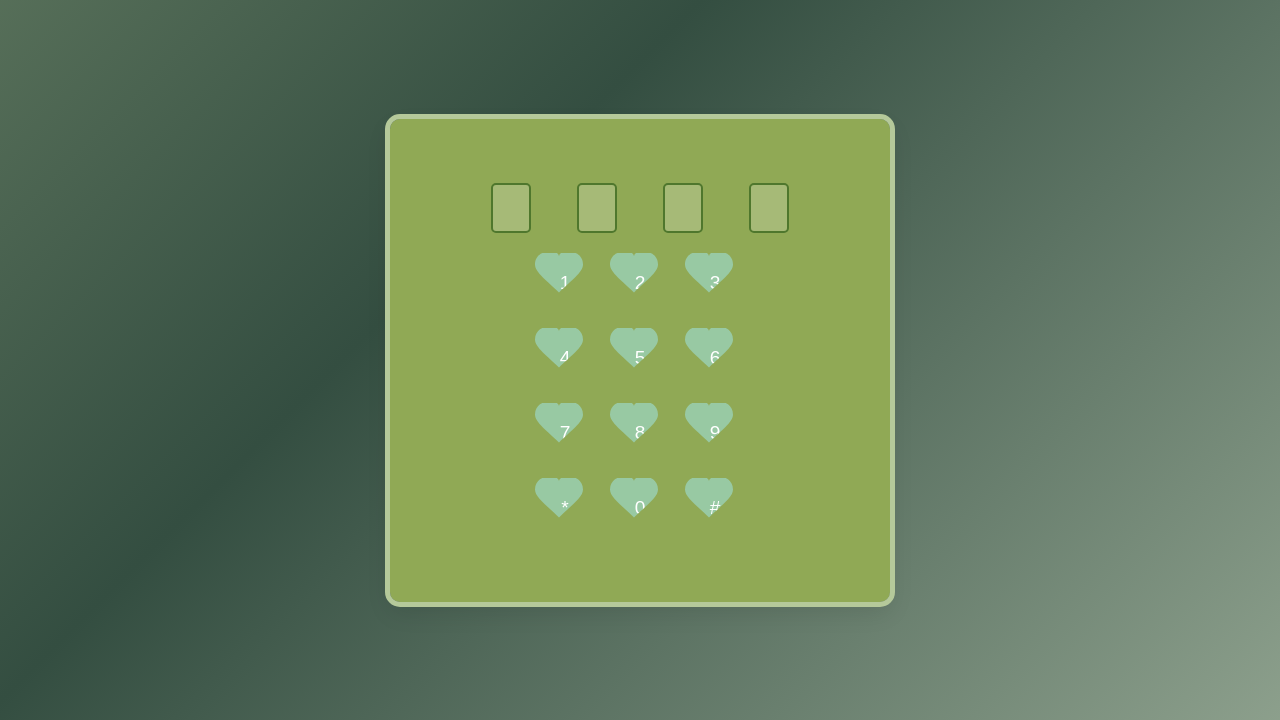
Repository: jahatesu/project-cutie
Page: index.html
An editor plug-in stored every save of this project. The page is shown before and after the next save, followed by the edit.
The browser window is 1280 px wide. The pictures show the whole page.
Some web libraries are served in a nearby version.

Above is the page before, as saved 2025-08-14 21:06:21.
Console error: TypeError: Cannot read properties of null (reading 'getBoundingClientRect')

### index.html
<!DOCTYPE html>
<html lang="en">
<head>
    <meta charset="UTF-8"
    meta http-equiv="X-UA-Compatible" content="IE=edge">
    <meta name="viewport" content="width=device-width, initial-scale=1.0">
    <title>idk yet</title>
    <link rel="stylesheet" href="https://cdnjs.cloudflare.com/ajax/libs/font-awesome/7.0.0/css/all.min.css">
    <link rel="stylesheet" href="style.css">
</head>

<body>
    <div class="wrapper">
        <!-- <i class="fa-solid fa-heart"></i>
        <h2 class="question">Do you wanna see why I think you’re the cutest?</h2>
        <div class="btn-group">
            <button class="btn-yes">Yes</button>
            <button class="btn-no">No</button>
        </div> -->

        <!-- PIN DISPLAY -->
         <div class="pin-display">
            <div class="pin-box"></div>
            <div class="pin-box"></div>
            <div class="pin-box"></div>
            <div class="pin-box"></div>
         </div>

         <!-- HEART BUTTONS -->
         <div class="heart-pad">
            <button data-num = "1">1</button>
          <button data-num = "2">2</button>
          <button data-num = "3">3</button>
          <button data-num = "4">4</button>
          <button data-num = "5">5</button>
          <button data-num = "6">6</button>
          <button data-num = "7">7</button>
          <button data-num = "8">8</button>
          <button data-num = "9">9</button>
          <button data-num = "*">*</button>
          <button data-num = "0">0</button>
          <button data-num = "#">#</button>
         </div>
    </div>

    <script src="script.js"></script>


</body>
</html>

### style.css
:root{
    --bg1:#e9f5db;
    --bg2:#90a955;
    --accent:#b5c99a;
    --ink:#232323;
    --splash-duration: 2600ms;
  }

*{
    margin: 0;
    padding: 0;
    box-sizing: border-box;
}

html, body {
    display: flex;
    justify-content: center;
    align-items: center;
    min-height: 100vh;
  width: 100%;
  height:100%;
}

body {
    background: linear-gradient(-45deg, #e9f5db, #344e41, #b5c99a, #23d5ab);
    background-size: 400% 400%;
    animation: gradient 15s ease infinite;
}

@keyframes gradient {
    0% {
        background-position: 0% 50%;
    }
    50% {
        background-position: 100% 50%;
    }
    100% {
        background-position: 0% 50%;
    }
}
.wrapper{
    position: relative;
    width: 90%;
    padding: 5%;
    max-width: 500px;
    margin: 50px 50px;
    height: fit-content;
    /* max-height: 50%; */
    background: #90a955;
    border-radius: 10px;
    display: flex;
    justify-content: center;
    align-items: center;
    box-shadow: 0 10px 25px rgba(0,0,0,0.1);
    flex-direction: column;
    text-align: center;
    outline: 5px solid #b5c99a;
}

.pin-display{
  display: flex;
  justify-content: space-between;
  margin-bottom: 20px;
  width: 80%;
}

.pin-box{
  width: clamp(30px, 9vw, 40px);
  height: clamp(30px, 9vw, 50px);
  border: 2px solid #4f772d;
  border-radius: 5px;
  background: rgba(255,255,255,0.2);
}

.heart-pad{
  display: grid;
   grid-template-columns: repeat(3, 60px);
  gap: 15px;
}

.heart-pad button {
  position: relative;
  width: 60px;
  height: 60px;
  font-size: 1.2rem;
  color: white;
  border: none;
  cursor: pointer;
  background: #98c9a3;
  clip-path: path("M24 4 C24 -4, 0 -4, 0 12 C0 20, 12 28, 24 40 C36 28, 48 20, 48 12 C48 -4, 24 -4, 24 4 Z");
}

/* .wrapper i {
  font-size: 50px;
  margin-bottom: 10px;
  color: #e9f5db;
}

i{
    font-size:7.5em;
    color: #e9f5db;
    border: 5px solid transparent;
}

h2{
    font-size: 2em;
    color: #e9f5db;
    margin: 15px 0;
}
@media (max-width: 600px) {
  .h2 {
    font-size: 1.2rem;
  }
}

.btn-group{
    width: 100%;
    height: 40px;
    display: flex;
    justify-content: center;
    margin-top: 15px;
}

button {
    position: absolute;
    width: 150px;
    height: inherit;
    font-size: 1.2em;
    color: #e9f5db;
    font-weight: 600;
    border-radius: 30px;
    border: 2px solid #4f772d;
    cursor: pointer;
    box-shadow: 0 5px 15px rgba(0,0,0,0.3);
}

button:nth-child(1){
    margin-left: -200px;
    background: #4f772d;
    color: #b5c99a;
}

button:nth-child(2){
    margin-right: -200px;
    color: #b5c99a;
}

@media (max-width: 400px) {
  .question {
    font-size: 5vw;
  }
  button {
    font-size: 4vw;
  }
} */

### script.js
const wrapper = document.querySelector(".wrapper");
const question = document.querySelector(".question");
const yesBtn = document.querySelector(".btn-yes");
const noBtn = document.querySelector(".btn-no");

const wrapperRect = wrapper.getBoundingClientRect();
const noBtnRect = noBtn.getBoundingClientRect();


yesBtn.addEventListener('click', () => {
    question.innerHTML = 'I knew it! Love you too <3 ';
})

noBtn.addEventListener('mouseover', () => {
    const i = Math.floor(Math.random() * (wrapperRect.width - noBtnRect.width));
    const j = Math.floor(Math.random() * (wrapperRect.height - noBtnRect.height));
    noBtn.style.left = i + "px";
    noBtn.style.top = j + "px";
})

After the next save:
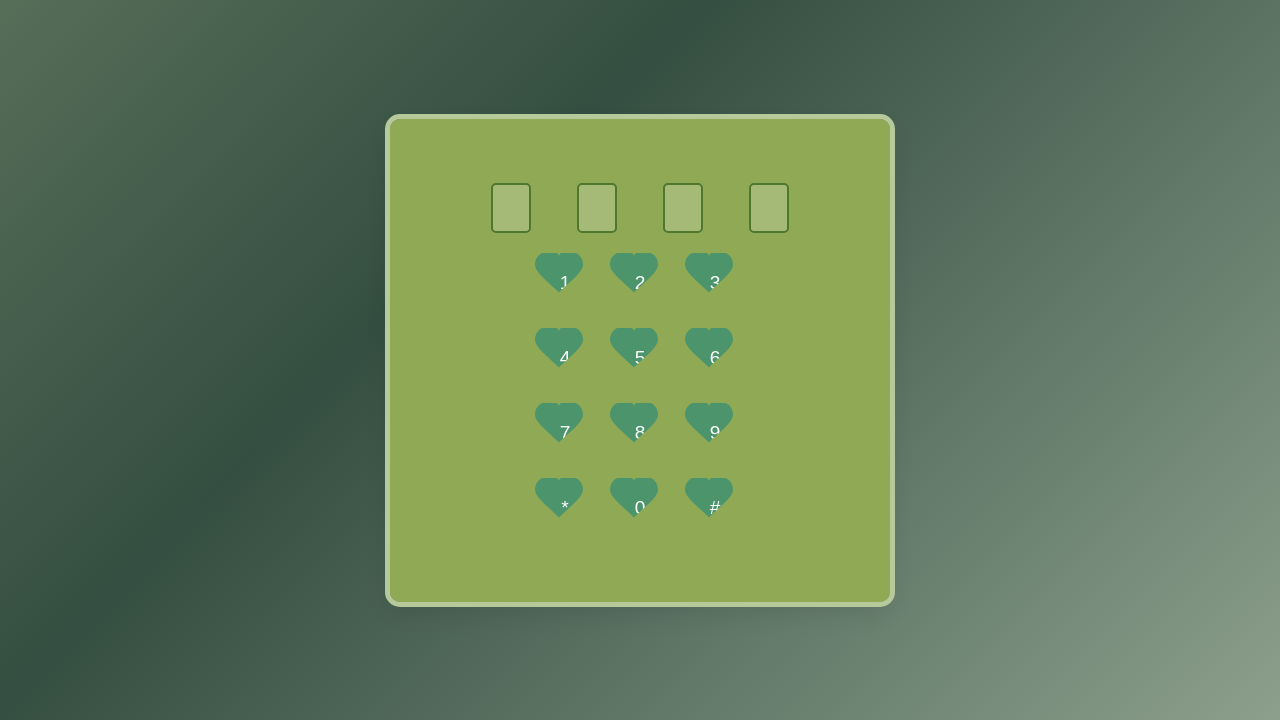
Saved 19 s later.
--- a/style.css
+++ b/style.css
@@ -86,7 +86,7 @@ body {
   color: white;
   border: none;
   cursor: pointer;
-  background: #98c9a3;
+  background: #4c956c;
   clip-path: path("M24 4 C24 -4, 0 -4, 0 12 C0 20, 12 28, 24 40 C36 28, 48 20, 48 12 C48 -4, 24 -4, 24 4 Z");
 }
 
